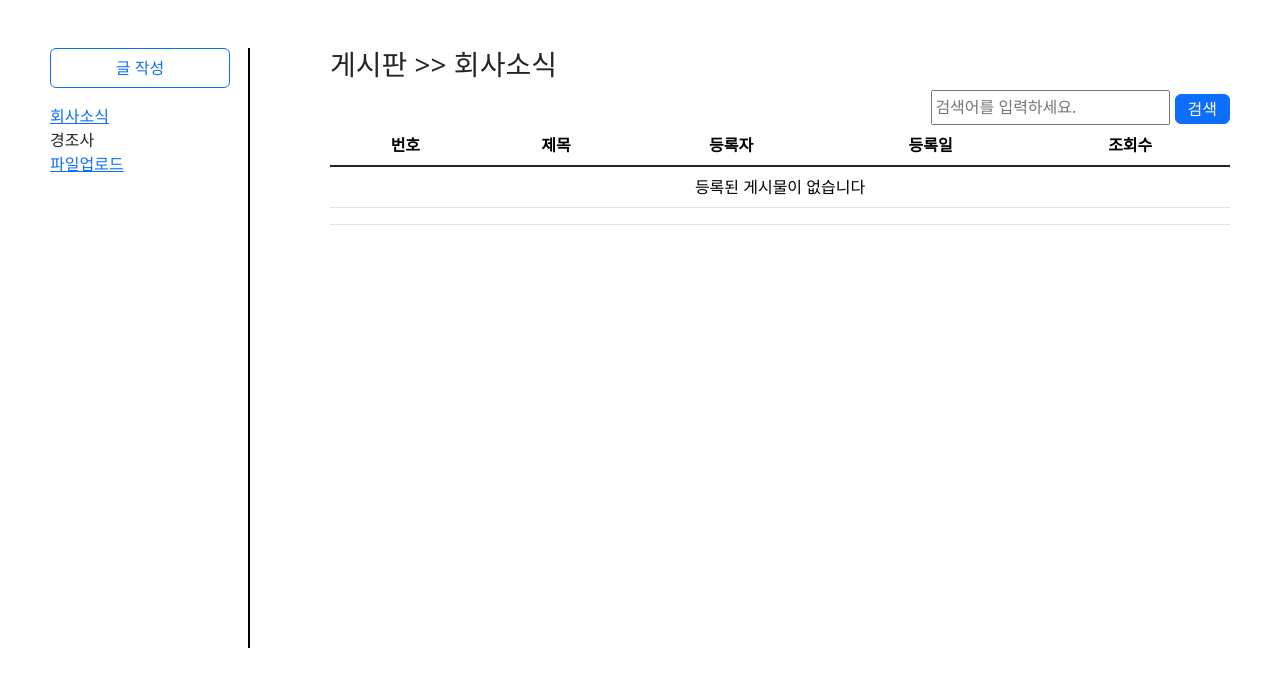
Repository: KimDongGyuu/final
Page: http://localhost/aceworks/WEB-INF/views/company_news/company_news_List.jsp
The author's editor kept a copy of each file at every save. The page is drawn from the files as they stood at one save, then again after the next save.
The browser window is 1280 px wide. The pictures show the whole page.
The page is served by Tomcat 9. Nobody is signed in. The template is opened directly, without the code that normally fills it, so the values that code supplies are empty.

Above is the page before, as saved 2024-03-17 04:04:14.

After the next save:
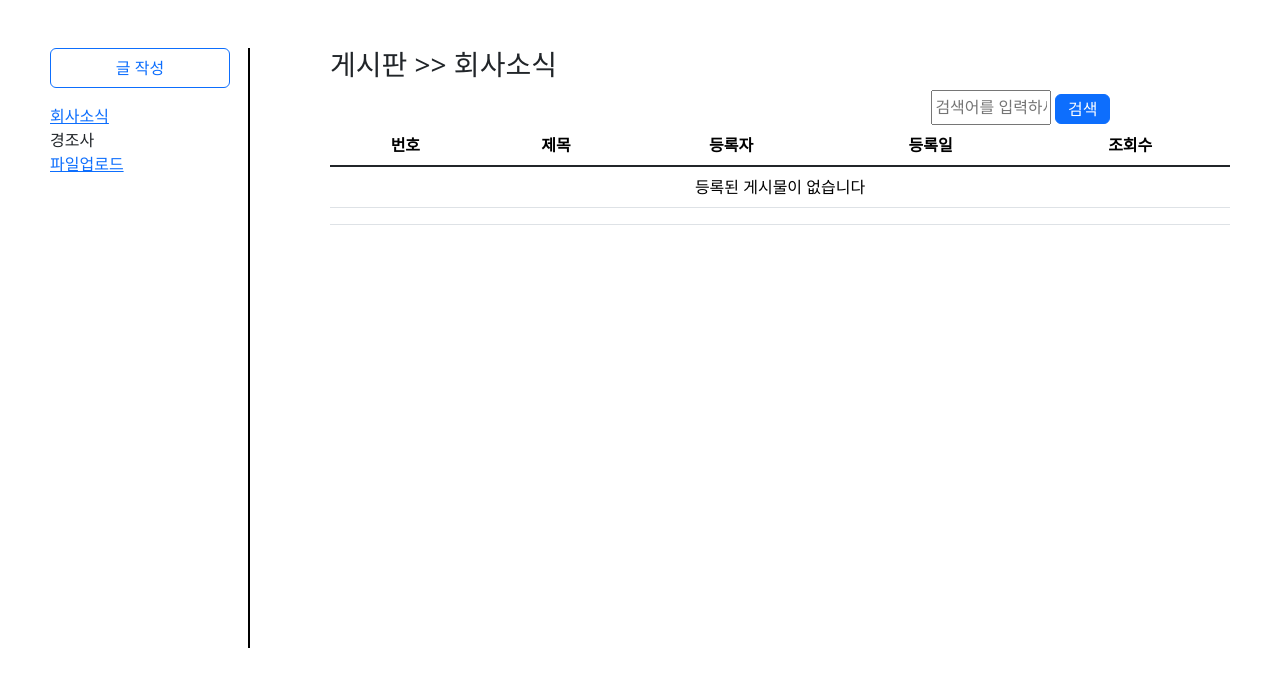
Saved 50 s later.
--- a/aceworks/src/main/webapp/WEB-INF/views/company_news/company_news_List.jsp
+++ b/aceworks/src/main/webapp/WEB-INF/views/company_news/company_news_List.jsp
@@ -49,7 +49,7 @@
 		<div class="mt-5 mb-2"><span class="h3">게시판 &gt;&gt; 회사소식</span></div>
 <div class="mt-2 d-flex gap-2 justify-content-end">
     <form action="company_newsSearch.do">
-        <input type="text" id="searchKeyword" name="keyword" placeholder="검색어를 입력하세요." style="width:10; height: 35px;">
+        <input type="text" id="searchKeyword" name="keyword" placeholder="검색어를 입력하세요." style="width:40%; height: 35px;">
         <button id="Sbt" type="submit" class="btn btn btn-primary">검색</button>
     </form>
 </div>

After the save that followed:
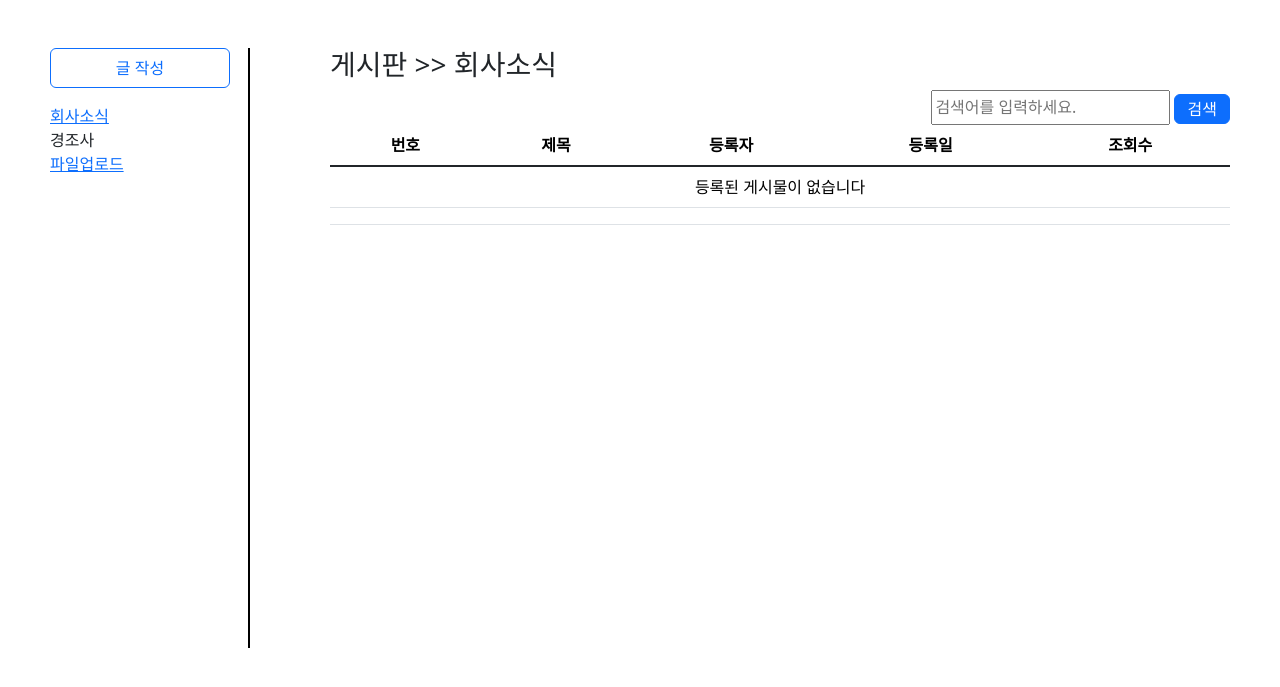
Saved 13 s later.
--- a/aceworks/src/main/webapp/WEB-INF/views/company_news/company_news_List.jsp
+++ b/aceworks/src/main/webapp/WEB-INF/views/company_news/company_news_List.jsp
@@ -49,7 +49,7 @@
 		<div class="mt-5 mb-2"><span class="h3">게시판 &gt;&gt; 회사소식</span></div>
 <div class="mt-2 d-flex gap-2 justify-content-end">
     <form action="company_newsSearch.do">
-        <input type="text" id="searchKeyword" name="keyword" placeholder="검색어를 입력하세요." style="width:40%; height: 35px;">
+        <input type="text" id="searchKeyword" name="keyword" placeholder="검색어를 입력하세요." style="width:80%; height: 35px;">
         <button id="Sbt" type="submit" class="btn btn btn-primary">검색</button>
     </form>
 </div>
